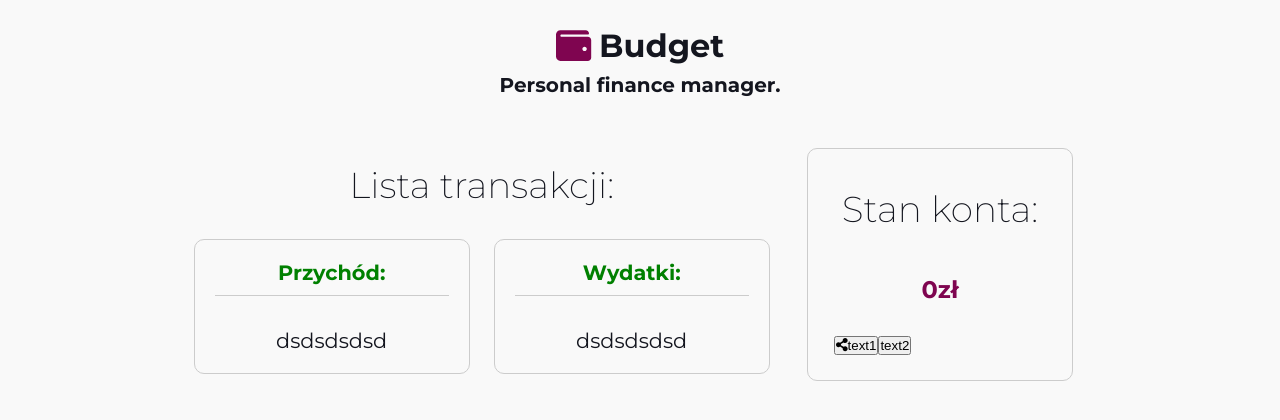
Repository: KrzysKolo/sr_tydzien4_zad4
Page: /
An editor plug-in stored every save of this project. The page is shown before and after the next save, followed by the edit.
The browser window is 1280 px wide. The pictures show the whole page.
Some web libraries are served in a nearby version. The project was rebuilt for these pictures with package versions that can differ from the ones it lists, and the page was loaded fresh each time.

Above is the page before, as saved 2020-11-29 18:23:54.

After the next save:
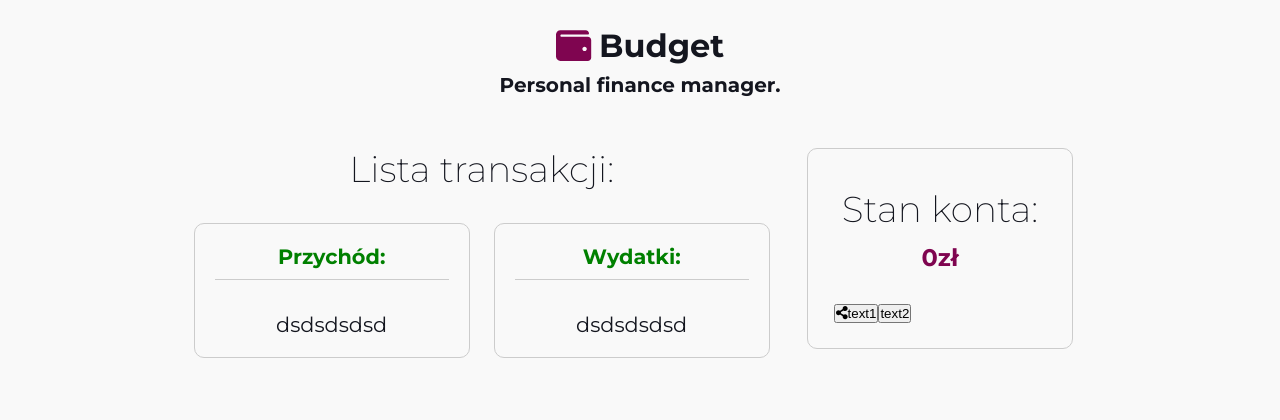
Saved 23 s later.
--- a/src/components/budgetComponents/sectionComponents/P.js
+++ b/src/components/budgetComponents/sectionComponents/P.js
@@ -7,7 +7,7 @@ const InfoP = styled.p`
     font-weight: bold;
     width: 100%auto;
     text-align: center;
-    padding: 2rem;
+    padding-bottom: 2rem;
 `;
 
 const P = () => {
